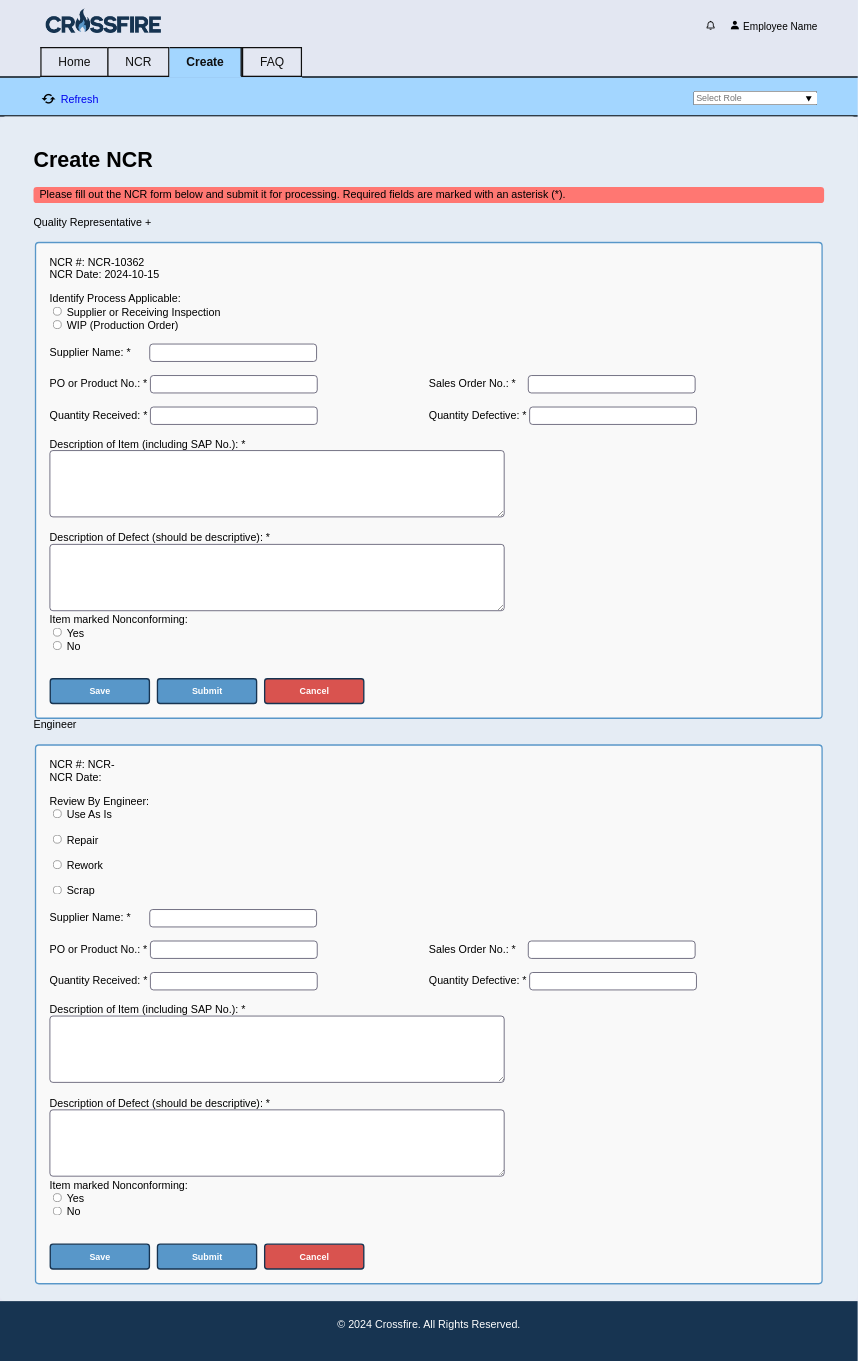
Repository: NyleNC/OSSProg1180
Page: OSS-CrossFire/create - Copy.html
An editor plug-in stored every save of this project. The page is shown before and after the next save, followed by the edit.
The browser window is 1280 px wide. The pictures show the whole page, at 67% of full size.

Above is the page before, as saved 2024-11-18 09:46:49.
Console error: TypeError: Cannot read properties of null (reading 'addEventListener')

### OSS-CrossFire/create - Copy.html
<!DOCTYPE html>
<html lang="en">
<head>
    <meta charset="UTF-8">
    <meta name="viewport" content="width=device-width, initial-scale=1.0">
    <title>CrossFireNCR</title>
    <!-- Google Fonts -->
    <link rel="preconnect" href="https://fonts.googleapis.com">
    <link rel="preconnect" href="https://fonts.gstatic.com" crossorigin>
    <link href="https://fonts.googleapis.com/css2?family=Merriweather+Sans:wght@300;400;500&display=swap" rel="stylesheet">

    <link href='https://unpkg.com/boxicons@2.1.4/css/boxicons.min.css' rel='stylesheet'>
    <link rel="stylesheet" href="style.css">
    <script src="script-create.js"></script>
</head>
<body>
    <header>
        <div class="global-header">
            <div class="logo">
                <img src="img/Crossfire-Logo-no-bkgd.png" alt="CrossFire Logo">
            </div>
            <div class="global-selection">

                <div class="notifications">
                    <a href="#" aria-label="Notifications"><i class='bx bx-bell'></i></a>
                </div>
                <div class="employee-info">
                    <i class='bx bxs-user' aria-hidden="true"></i>
                    <p>Employee Name</p>
                </div>

            </div>
        </div>

        <nav>
            <div class="navbar-pages">
                <ul>
                    <li ><a href="index copy.html">Home</a></li>
                    <li><a href="ncr.html">NCR</a></li>
                    <li class="active"><a href="create.html">Create</a></li>
                    <li><a href="faq.html">FAQ</a></li>
                </ul>
            </div>
            <div class="navbar-tools">
                <ul>
                    <li><i class='bx bx-refresh bx-sm' aria-hidden="true"></i><a href="ncr.html">Refresh</a></li>
                   <li class="ddlRole">
                    <input placeholder="Select Role" list="roles" name="role" id="roleInput" onchange="saveRole()">
                        <datalist id="roles">
                            <option value="Quality Rep">
                            <option value="Engineer">
                            <option value="Operations Manager">
                            <option value="Inspector">
                            <option value="Procurement">
                            <option value="Administrator">
                        </datalist>
                    </li>
                </ul>
            </div>
        </nav>
    </header>

    <main class="create-main">
        <h1>Create NCR</h1>
        <p class="edit-p">&nbsp; Please fill out the NCR form below and submit it for processing. Required fields are marked with an asterisk (*).</p>

        <div class="ncrSection">
            <div class="ncrSection-title">
                Quality Representative
                <span>+</span>
            </div>
            <form class="ncrSection-form" id="ncr-form" onsubmit="return validateForm()">
                <fieldset>

                    <div class="form-ncrNum">
                        <label for="ncrNumber">NCR #:</label>
                        <span id="ncrNumber">NCR-</span>
                    </div>
                    <div class="form-ncrDate">
                        <label for="ncrDate">NCR Date:</label>
                        <span id="ncrDate"></span>
                    </div><br>

                    <div class="lblIdf">
                        <label>Identify Process Applicable:</label>
                    </div>
                    <div class="form-ipa1">
                        <input type="radio" id="supp" name="process" value="suppotRec" onclick="enableDisableTextbox(this)">
                        <label for="supp">Supplier or Receiving Inspection</label><br>
                    </div>
                    <div class="form-ipa2">
                        <input type="radio" id="wip" name="process" value="supplier" onclick="enableDisableTextbox(this)">
                        <label for="wip">WIP (Production Order)</label>
                    </div><br>

                    <div class="form-group">
                        <label for="supplierName">Supplier Name: *</label>&nbsp;&nbsp;
                        <input type="text" id="supplierName" class="size-css" required pattern="[a-zA-Z ]{2,30}" title="Please enter a valid name (letters only).">
                    </div>

                    <div class="form-group">
                        <div class="left-side">
                            <label for="ProductNo">PO or Product No.: *</label>
                            <input type="text" id="ProductNo" required pattern="\d{5}" title="Please enter exactly 5 digits.">
                        </div>
                        <div class="left-side">
                            <label for="SaleOrderNo">Sales Order No.: *</label>&nbsp;&nbsp;&nbsp;
                            <input type="text" id="SaleOrderNo" required pattern="\d{5}" title="Please enter exactly 5 digits.">
                        </div>
                    </div>

                    <div class="form-group">
                        <div class="right-side">
                            <label for="quantityReceived">Quantity Received: *</label>
                            <input type="number" id="quantityReceived" required min="1" title="Please enter a valid quantity.">
                        </div>
                        <div class="right-side">
                            <label for="quantityDefective">Quantity Defective: *</label>
                            <input type="number" id="quantityDefective" required min="0" title="Please enter a valid quantity.">
                        </div>
                    </div>

                    <div class="form-ta-itemDes">
                        <label for="itemDescription">Description of Item (including SAP No.): *</label><br>
                        <textarea id="itemDescription" maxlength="3000" required></textarea>
                    </div><br>

                    <div class="form-ta-defDes">
                        <label for="defectDescription">Description of Defect (should be descriptive): *</label><br>
                        <textarea id="defectDescription" required></textarea>
                    </div>

                    <div class="lblImn">
                        <label>Item marked Nonconforming:</label>
                    </div>
                    <div class="form-Yes">
                        <input id="imnYes" name="nonconforming" type="radio" value="yes">
                        <label for="imnYes">Yes</label>
                    </div>
                    <div class="form-No">
                        <input id="imnNo" name="nonconforming" type="radio" value="no">
                        <label for="imnNo">No</label>
                    </div><br>

                    <div class="btnContainer">
                        <button type="save" class="btnSave">Save</button>
                        <button type="submit" class="btnSubmit">Submit</button>
                        <button type="button" class="btnCancel" onclick="goBack()">Cancel</button>
                    </div>
                </fieldset>
            </form>
        </div>

        <div class="ncrSection">
            <div class="ncrSection-title">Engineer</div>
            <form class="ncrSection-form" id="ncr-form" onsubmit="return validateForm()">
                <fieldset>

                    <div class="form-ncrNum">
                        <label for="ncrNumber">NCR #:</label>
                        <span id="ncrNumber">NCR-</span>
                    </div>
                    <div class="form-ncrDate">
                        <label for="ncrDate">NCR Date:</label>
                        <span id="ncrDate"></span>
                    </div><br>

                    <div class="lblIdf">
                        <label>Review By Engineer:</label>
                    </div>
                    <div class="form-ipa1">
                        <input type="radio" id="asIS" name="asIS" value="asIS" >
                        <label for="supp">Use As Is</label>
                    </div><br>
                    <div class="form-ipa2">
                        <input type="radio" id="repair" name="repair" value="repair" >
                        <label for="wip">Repair</label>
                    </div><br>
                    <div class="form-ipa2">
                        <input type="radio" id="reWork" name="reWork" value="reWork" >
                        <label for="wip">Rework</label>
                    </div><br>
                    <div class="form-ipa2">
                        <input type="radio" id="scrap" name="scrap" value="scrap" >
                        <label for="wip">Scrap</label>
                    </div><br>
                    <div class="form-group">
                        <label for="supplierName">Supplier Name: *</label>&nbsp;&nbsp;
                        <input type="text" id="supplierName" class="size-css" required pattern="[a-zA-Z ]{2,30}" title="Please enter a valid name (letters only).">
                    </div>

                    <div class="form-group">
                        <div class="left-side">
                            <label for="ProductNo">PO or Product No.: *</label>
                            <input type="text" id="ProductNo" required pattern="\d{5}" title="Please enter exactly 5 digits.">
                        </div>
                        <div class="left-side">
                            <label for="SaleOrderNo">Sales Order No.: *</label>&nbsp;&nbsp;&nbsp;
                            <input type="text" id="SaleOrderNo" required pattern="\d{5}" title="Please enter exactly 5 digits.">
                        </div>
                    </div>

                    <div class="form-group">
                        <div class="right-side">
                            <label for="quantityReceived">Quantity Received: *</label>
                            <input type="number" id="quantityReceived" required min="1" title="Please enter a valid quantity.">
                        </div>
                        <div class="right-side">
                            <label for="quantityDefective">Quantity Defective: *</label>
                            <input type="number" id="quantityDefective" required min="0" title="Please enter a valid quantity.">
                        </div>
                    </div>

                    <div class="form-ta-itemDes">
                        <label for="itemDescription">Description of Item (including SAP No.): *</label><br>
                        <textarea id="itemDescription" maxlength="3000" required></textarea>
                    </div><br>

                    <div class="form-ta-defDes">
                        <label for="defectDescription">Description of Defect (should be descriptive): *</label><br>
                        <textarea id="defectDescription" required></textarea>
                    </div>

                    <div class="lblImn">
                        <label>Item marked Nonconforming:</label>
                    </div>
                    <div class="form-Yes">
                        <input id="imnYes" name="nonconforming" type="radio" value="yes">
                        <label for="imnYes">Yes</label>
                    </div>
                    <div class="form-No">
                        <input id="imnNo" name="nonconforming" type="radio" value="no">
                        <label for="imnNo">No</label>
                    </div><br>


                    <div class="btnContainer">
                        <button type="save" class="btnSave">Save</button>
                        <button type="submit" class="btnSubmit">Submit</button>
                        <button type="button" class="btnCancel" onclick="goBack()">Cancel</button>
                    </div>
                </fieldset>
            </form>
        </div>

    </main>

    <div id="successPopup" class="popup" style="display:none;">
        <div class="popup-content">
            <p>NCR created successfully!</p>
            <p>What would you like to do next?</p>
            <button onclick="createAnotherNCR()">Create Another NCR</button>
            <button onclick="viewAllNCRs()">View All NCRs</button>
            <button onclick="closePopup()">Close</button>
        </div>
    </div>

    <footer class="ncr-footer">
        <p>&copy; 2024 Crossfire. All Rights Reserved.</p>
    </footer>

    <script src="script-view.js"></script>
</body>
</html>

Loaded but not shown: OSS-CrossFire/script-view.js (123 lines, source omitted); OSS-CrossFire/script-create.js (14 lines, source omitted); OSS-CrossFire/style.css (850 lines, source omitted)

After the next save:
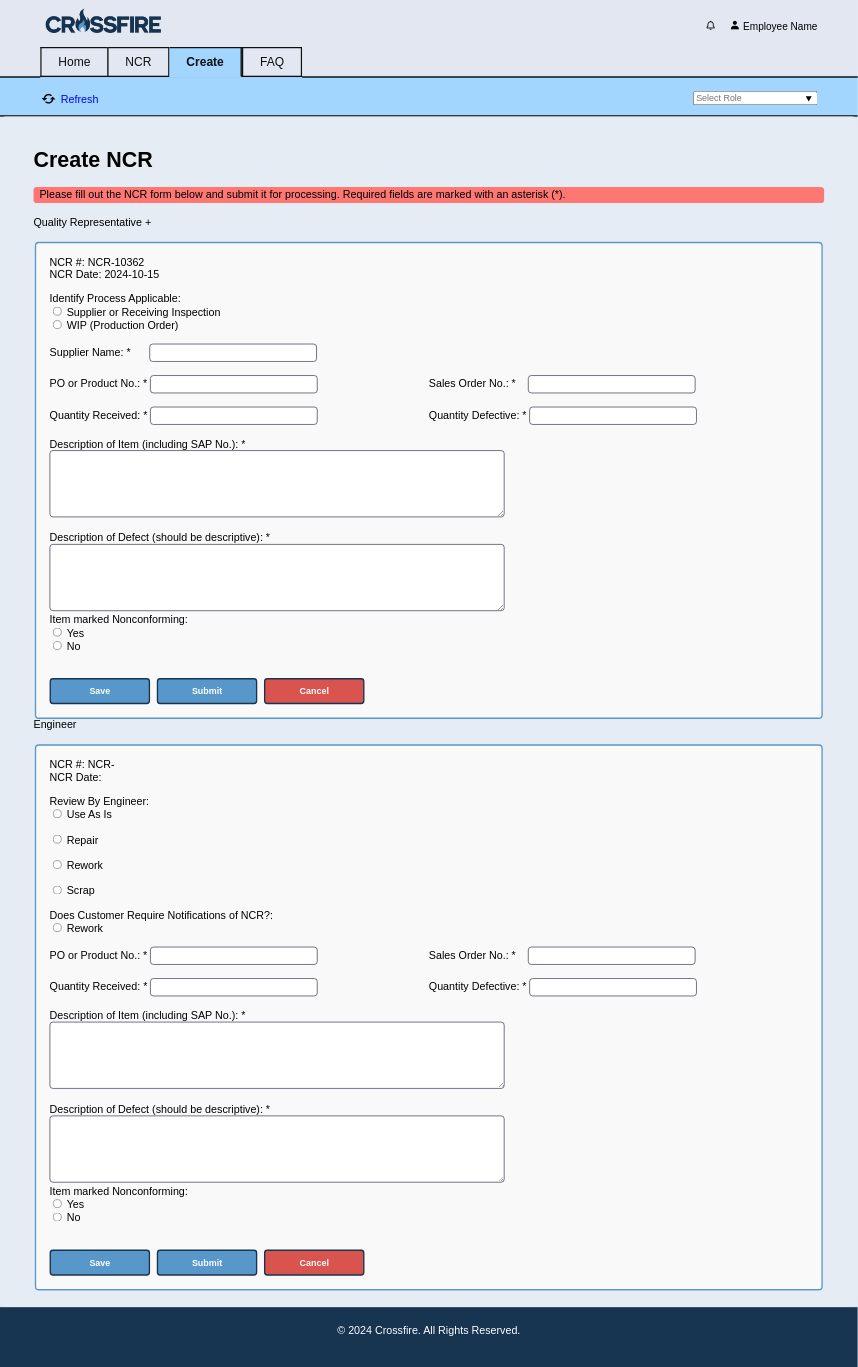
Saved 50 s later.
--- a/OSS-CrossFire/create - Copy.html
+++ b/OSS-CrossFire/create - Copy.html
@@ -184,10 +184,14 @@
                         <input type="radio" id="scrap" name="scrap" value="scrap" >
                         <label for="wip">Scrap</label>
                     </div><br>
-                    <div class="form-group">
-                        <label for="supplierName">Supplier Name: *</label>&nbsp;&nbsp;
-                        <input type="text" id="supplierName" class="size-css" required pattern="[a-zA-Z ]{2,30}" title="Please enter a valid name (letters only).">
-                    </div>
+
+                    <div class="lblIdf">
+                        <label>Does Customer Require Notifications of NCR?:</label>
+                    </div>
+                    <div class="form-ipa2">
+                        <input type="radio" id="reWork" name="reWork" value="reWork" >
+                        <label for="wip">Rework</label>
+                    </div><br>
 
                     <div class="form-group">
                         <div class="left-side">
